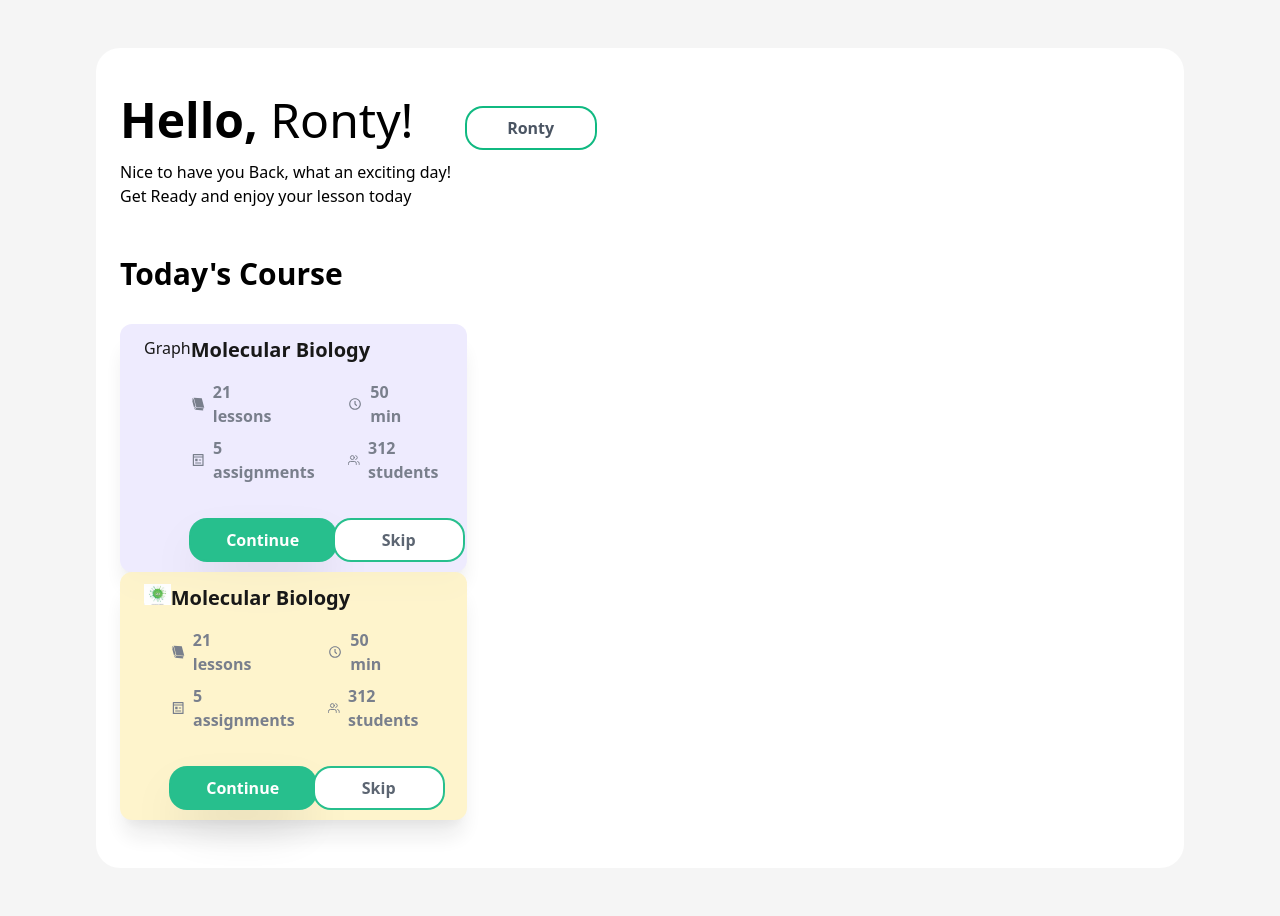
Repository: coolronts/Vite-Tailwind
Page: /
An editor plug-in stored every save of this project. The page is shown before and after the next save, followed by the edit.
The browser window is 1280 px wide. The pictures show the whole page.
The project was rebuilt for these pictures with package versions that can differ from the ones it lists, and the page was loaded fresh each time. Also part of the build but not shown: vite.config.js.

Above is the page before, as saved 2021-11-26 13:46:08.

After the next save:
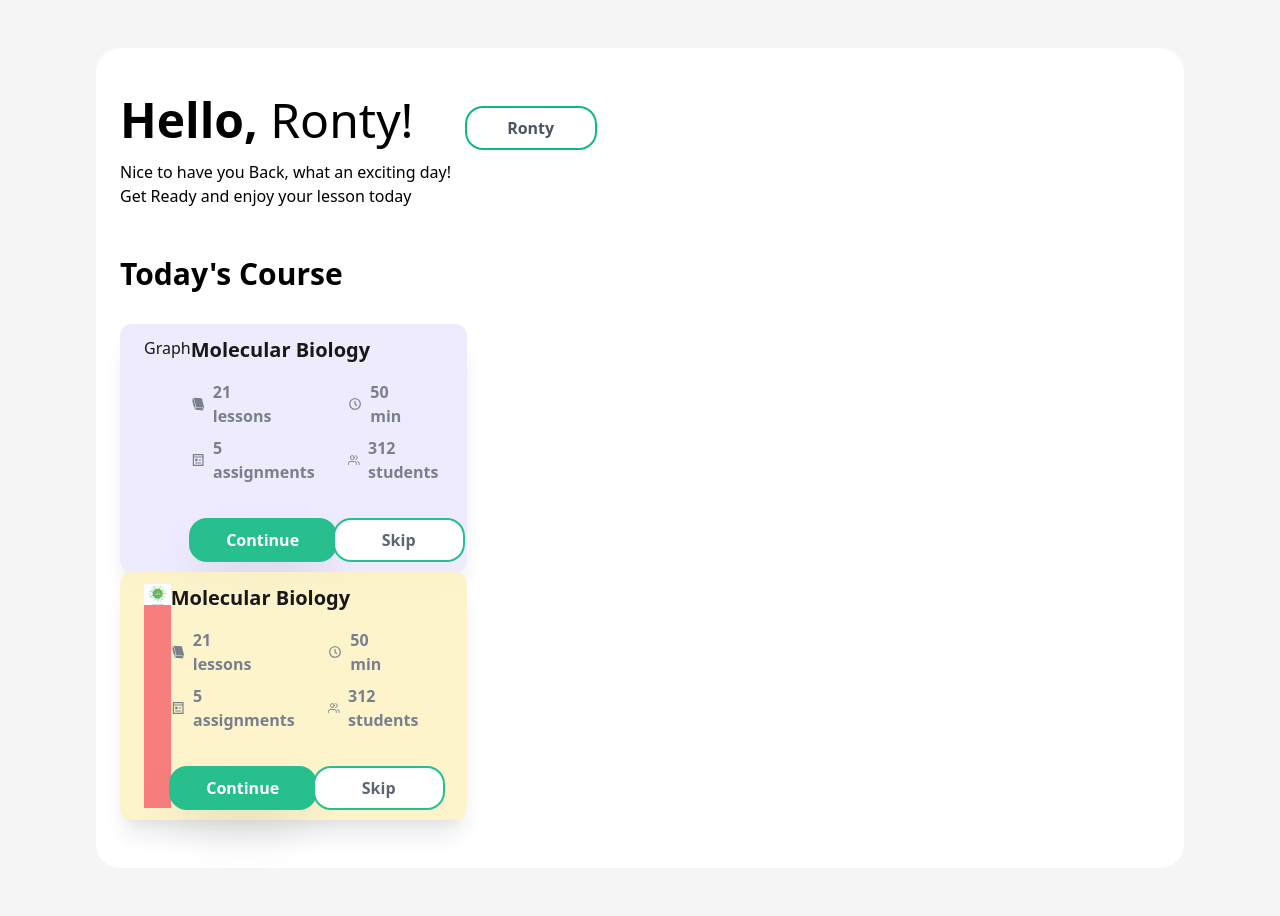
Saved 31 s later.
--- a/src/Section/Class/index.jsx
+++ b/src/Section/Class/index.jsx
@@ -15,7 +15,7 @@ export default function Class({
   students = "312"
 }) {
   return (
-    <SplitScreen leftWeight = 'w-1/5' rightWeight = 'w-full'>
+    <SplitScreen leftWeight = 'w-1/5 bg-red-400' rightWeight = 'w-full'>
       <div id="left">
         <img className="h-full" src="data:[embedded picture, 7543 characters]" alt=""/>
       </div>
